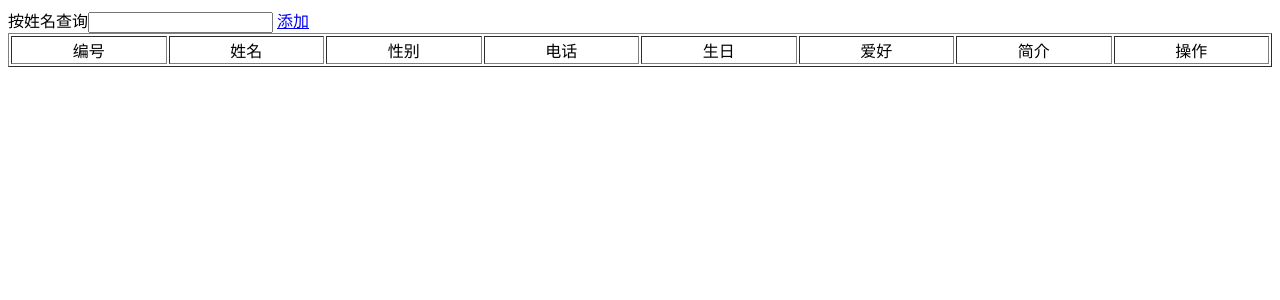
Repository: ChengqunYang/JAVA
Page: http://localhost/stu/AddServlet
An editor plug-in stored every save of this project. The page is shown before and after the next save, followed by the edit.
The browser window is 1280 px wide. The pictures show the whole page.
The page is served by Tomcat 9. Queries for data that is not in the repository find no rows.

Above is the page before, as saved 2019-04-18 07:04:36.

After the next save:
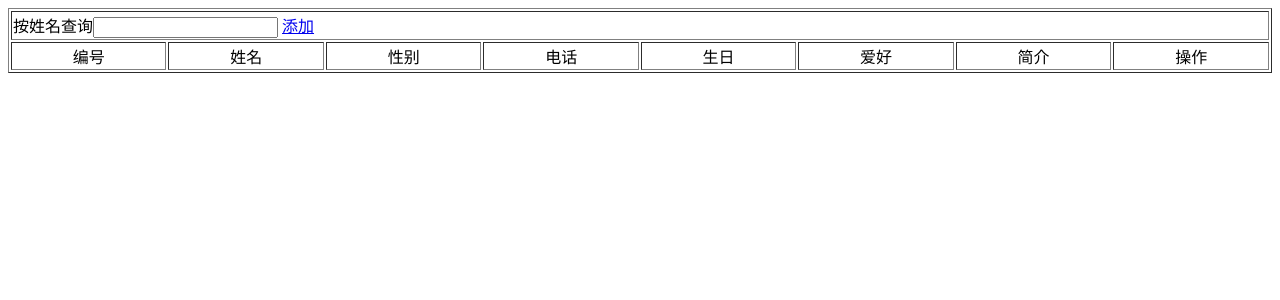
Saved 2 min 11 s later.
--- a/stu/WebContent/list.jsp
+++ b/stu/WebContent/list.jsp
@@ -23,6 +23,7 @@
 </script>
 </head>
 <body>
+		<table border = "1" width = 100%>
 	<tr>
 	<td colspan = "8">
 
@@ -31,7 +32,7 @@
 		<a href = "add.jsp">添加</a>
 	</td>
 	</tr>
-	<table border = "1" width = 100%>
+
 		<tr align = "center">
 			<td>编号</td>
 			<td>姓名</td>
